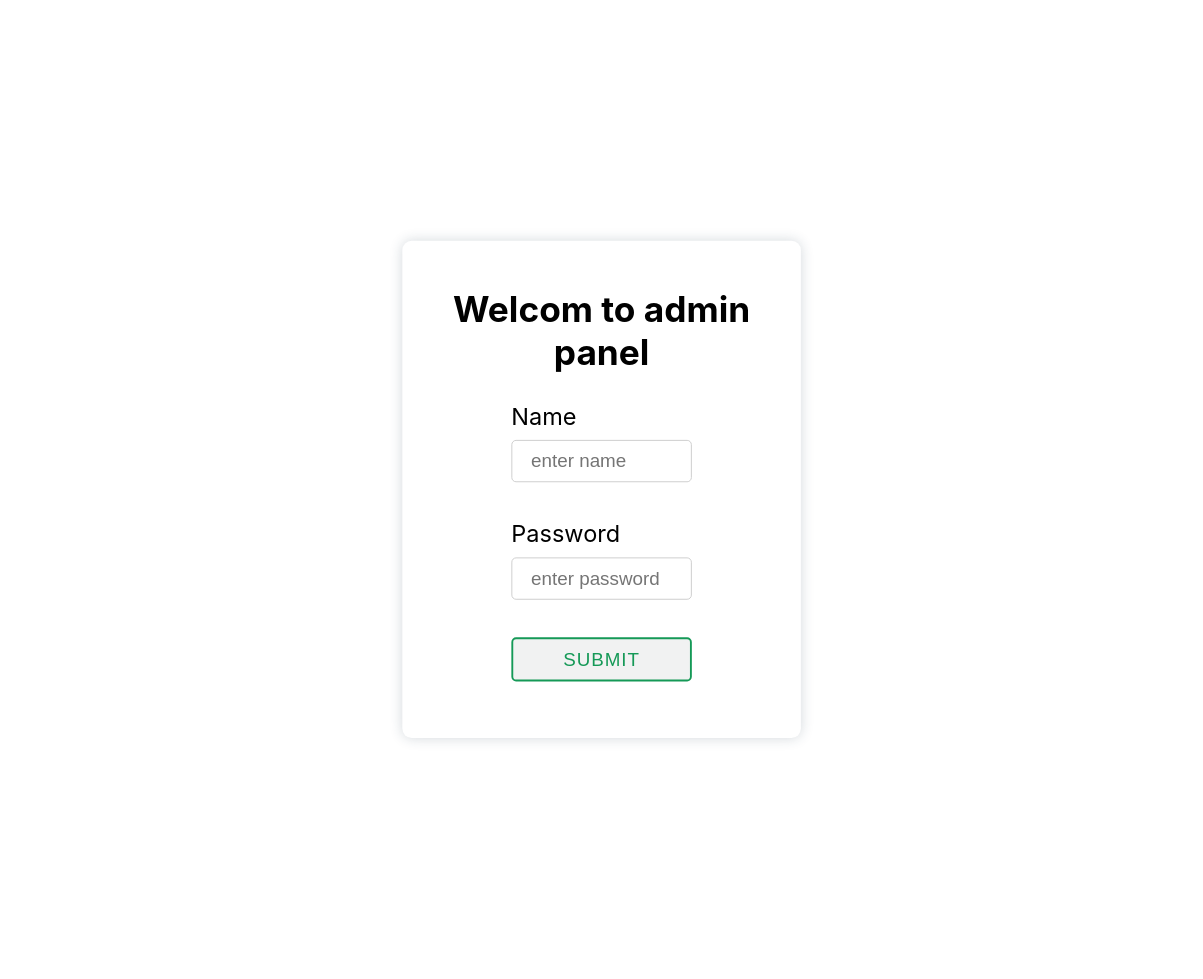
Repository: superHotBob/admin_nftillion
Page: /
An editor plug-in stored every save of this project. The page is shown before and after the next save, followed by the edit.
The browser window is 1280 px wide. The pictures show the whole page, at 94% of full size.
The project was rebuilt for these pictures with package versions that can differ from the ones it lists, and the page was loaded fresh each time. Also part of the build but not shown: src/components/Users/styles.scss, src/components/NavPanel/styles.scss, src/components/NavPanel/index.js, src/components/Users/index.js, src/components/Collections/styles.scss, src/components/Collections/index.js.

Above is the page before, as saved 2022-04-22 18:01:55.

After the next save:
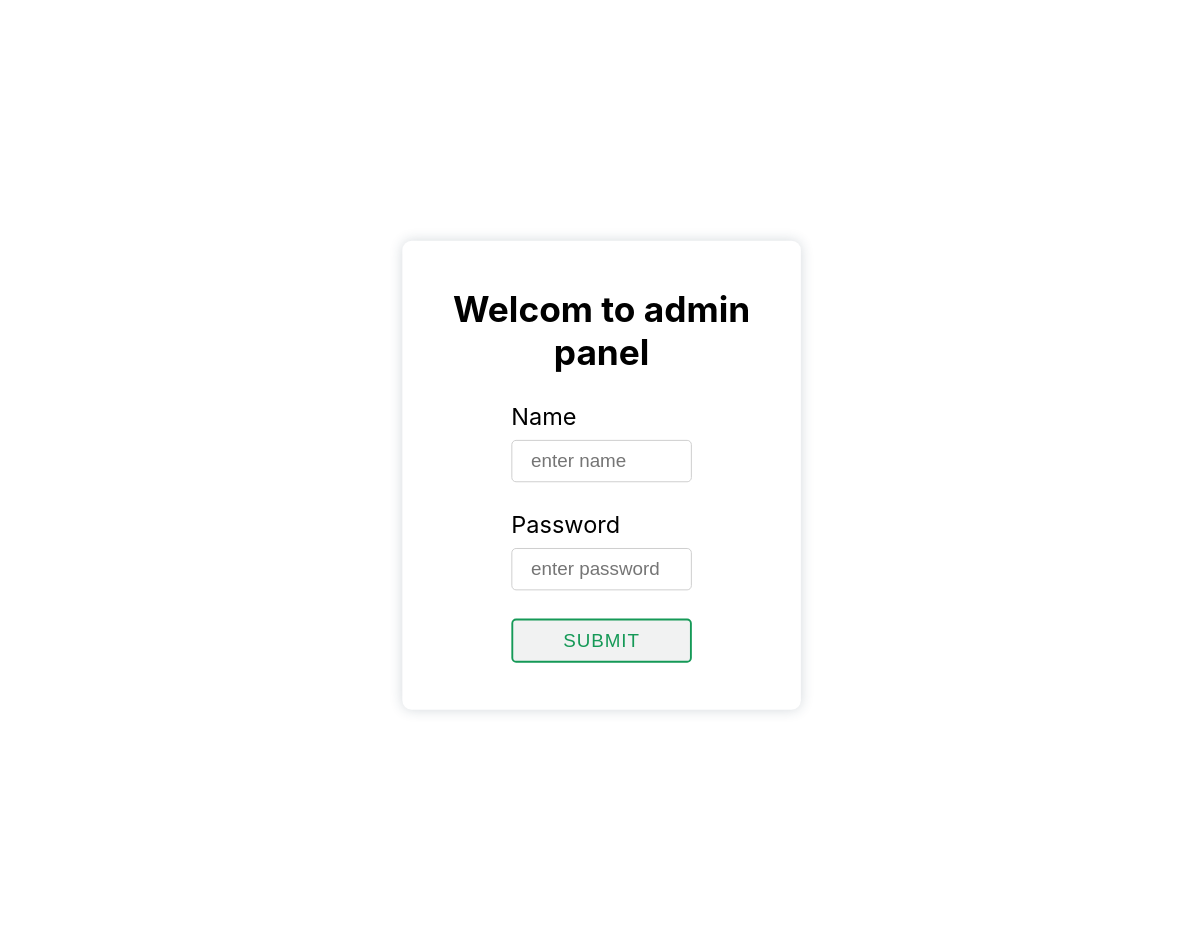
Saved 20 s later.
--- a/src/components/Home/styles.scss
+++ b/src/components/Home/styles.scss
@@ -24,7 +24,7 @@ $transition: all 0.25s ease-in-out;
     label, button {
         width: 50%;
         text-align: left;
-        margin: 10px auto 40px;
+        margin: 0 auto 30px;
         display: block;
     }
     button {
